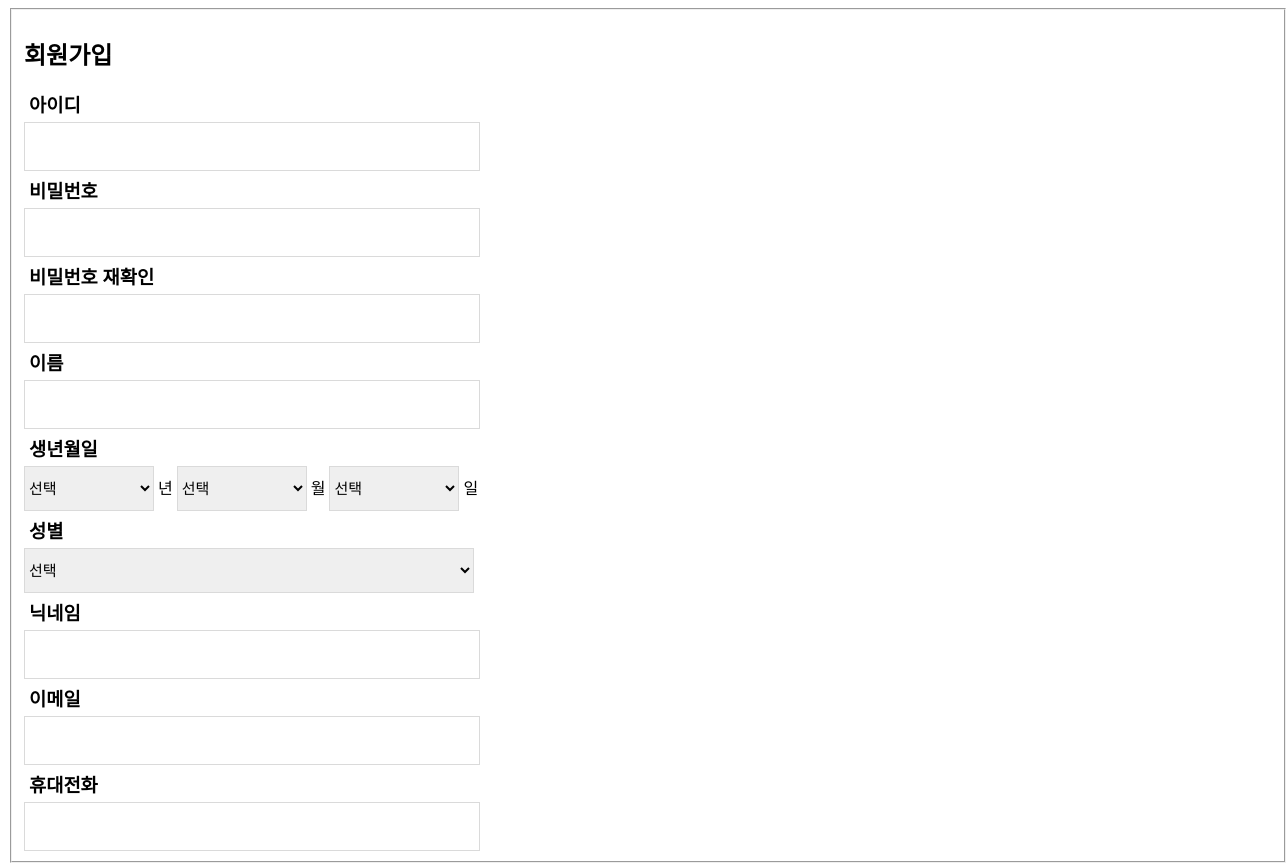
Repository: agheha/trillion
Page: YH/login/login.html
These files come from the project's save history. The page is drawn as it stood at one moment and after the next save; the edit follows.
The browser window is 1280 px wide. The page is 1288 px wide, so the pictures cover 1288 px, including what lies to the right of the window. The pictures show the whole page.

Above is the page before, as saved 2019-09-03 18:27:03.

After the next save:
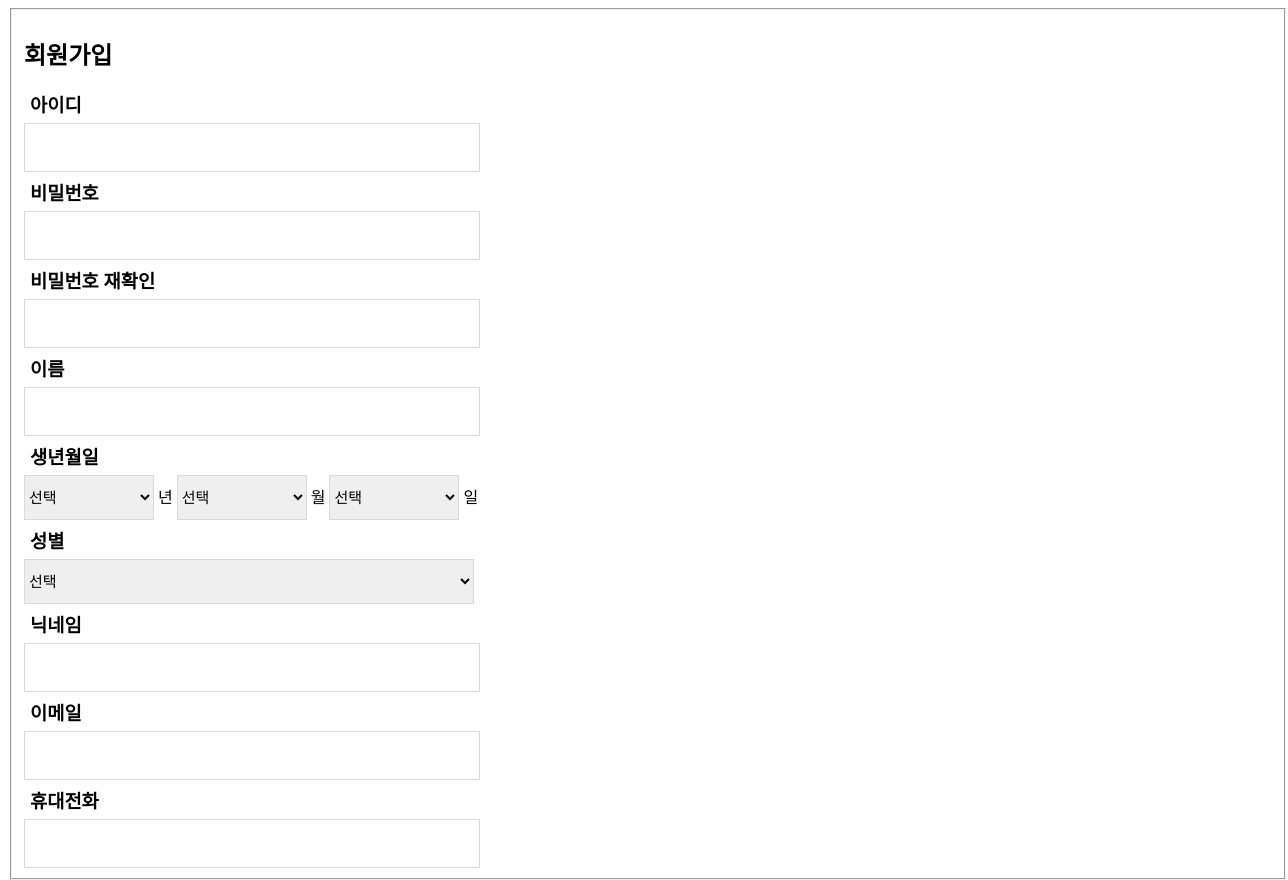
Saved 6 s later.
--- a/YH/login/login.css
+++ b/YH/login/login.css
@@ -23,5 +23,5 @@ input{
     font-size: 15px;
 }
 h3 {
-    margin : 5px;
+    margin : 6px;
 }
